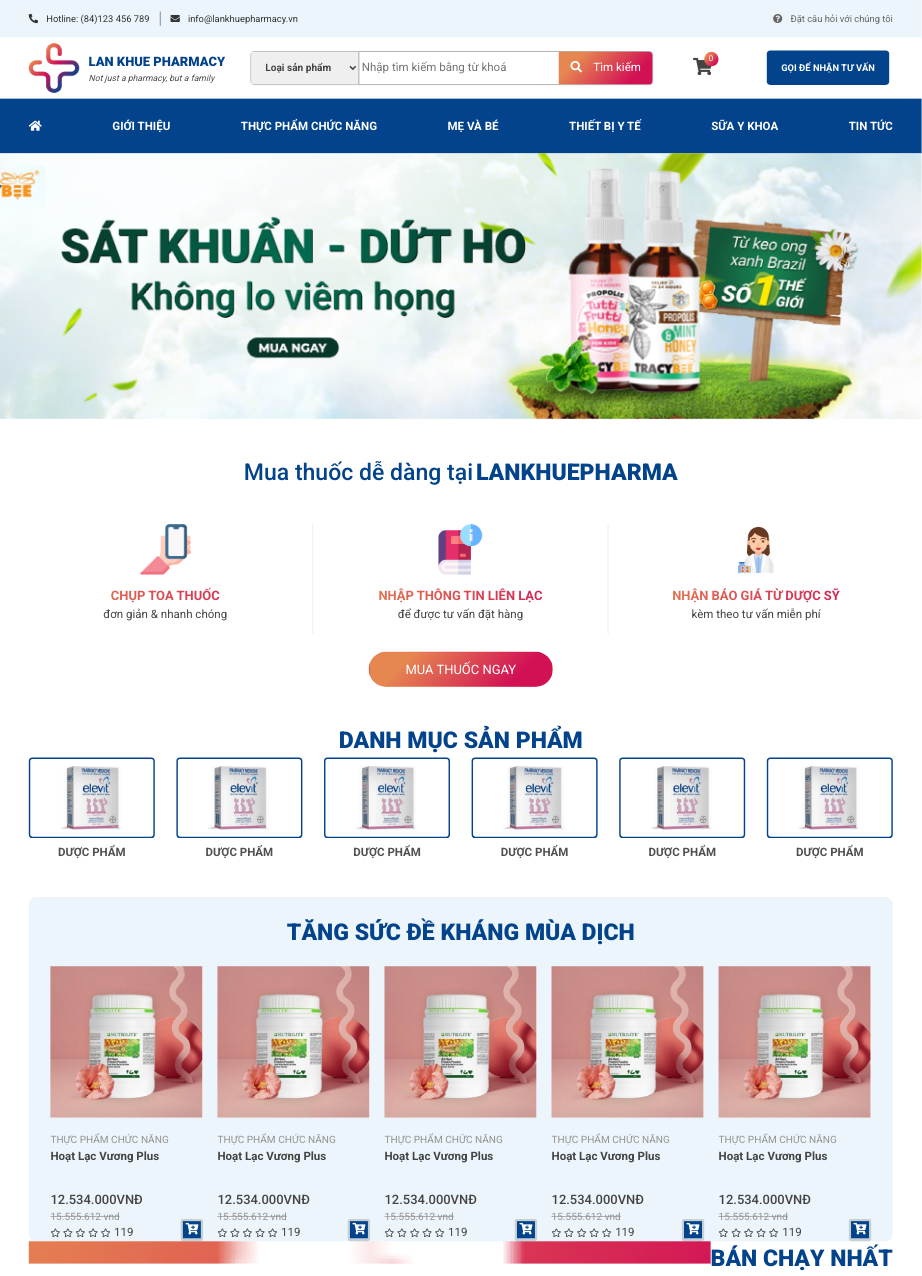
Repository: haianh12082001/Lan-khue
Page: index.html
These files come from the project's save history. The page is drawn as it stood at one moment and after the next save; the edit follows.
The browser window is 1280 px wide. The pictures show the whole page, at 72% of full size.
Some web libraries are served in a nearby version. The style sheet was rebuilt from its Sass, Less or Tailwind sources for each picture, by a compiler version that may differ from the author's.

Above is the page before, as saved 2021-12-18 16:34:01.

### index.html
<!DOCTYPE html>
<html lang="en">
    <head>
        <meta charset="UTF-8" />
        <meta http-equiv="X-UA-Compatible" content="IE=edge" />
        <meta name="viewport" content="width=device-width, initial-scale=1.0" />
        <title>Document</title>
        <link href="https://fonts.googleapis.com/css2?family=Roboto:wght@400;500;700;900&display=swap" rel="stylesheet" />
        <link rel="stylesheet" href="./assets/fonts/fontawesome-free-5.15.3/css/all.min.css" />
        <link
            rel="stylesheet"
            href="https://cdn.jsdelivr.net/npm/bootstrap@4.6.0/dist/css/bootstrap.min.css"
            integrity="sha384-B0vP5xmATw1+K9KRQjQERJvTumQW0nPEzvF6L/Z6nronJ3oUOFUFpCjEUQouq2+l"
            crossorigin="anonymous"
        />
        <link rel="stylesheet" type="text/css" href="https://cdn.jsdelivr.net/npm/slick-carousel@1.8.1/slick/slick.css" />
        <link rel="stylesheet" href="./assets/css/app.css" />
    </head>
    <body>
        <div class="top-header">
            <div class="container">
                <div class="py-3 d-flex justify-content-between align-items-center">
                    <div class="info d-flex">
                        <div class="top-header-hotline">
                            <i class="fas fa-phone-alt"></i>
                            Hotline: (84)123 456 789
                        </div>
                        <div class="top-header-email">
                            <i class="fas fa-envelope"></i>
                            info@lankhuepharmacy.vn
                        </div>
                    </div>
                    <div class="question">
                        <a href="">
                            <i class="fas fa-question-circle"></i>
                            Đặt câu hỏi với chúng tôi
                        </a>
                    </div>
                </div>
            </div>
        </div>
        <header class="header">
            <div class="header-searchbar py-2">
                <div class="container">
                    <div class="row align-items-center">
                        <div class="col-lg-3 col-3">
                            <div class="header-logo">
                                <a href="" class="d-flex flex-shrink-0">
                                    <img src="./assets/img/logo.png" alt="" />
                                    <div class="body">
                                        <div class="name">LAN KHUE PHARMACY</div>
                                        <div class="slogan">Not just a pharmacy, but a family</div>
                                    </div>
                                </a>
                            </div>
                        </div>
                        <div class="col-lg-6 col-3">
                            <div class="input-group">
                                <form action="" class="header-search">
                                    <select name="CatId" id="catalog">
                                        <option value="">Loại sản phẩm</option>
                                        <option value="">Danh mục thuốc</option>
                                        <option value="">Thực Phẩm Chức Năng</option>
                                        <option value="">Mẹ Và Bé</option>
                                        <option value="">Thiết Bị Y Tế</option>
                                        <option value="">Sữa y khoa</option>
                                        <option value="">Các sản phẩm khác</option>
                                    </select>
                                    <input type="text" placeholder="Nhập tìm kiếm bằng từ khoá" />

                                    <button type="submit">
                                        <i class="fas fa-search"></i>
                                        Tìm kiếm
                                    </button>
                                </form>
                            </div>
                        </div>
                        <div class="col-lg-1 col-3 d-flex align-items-center">
                            <div class="header-cart position-relative">
                                <i class="fas fa-shopping-cart"></i>
                                <span id="itemshop">0</span>
                            </div>
                        </div>
                        <div class="col-lg-2 col-3 d-none d-lg-block">
                            <a href="" class="header-btn"> Gọi để nhận tư vấn </a>
                        </div>
                    </div>
                </div>
            </div>
            <div class="header-menu">
                <div class="container">
                    <ul class="menu-list">
                        <li class="menu-item">
                            <a href=""><i class="fas fa-home"></i></a>
                        </li>
                        <li class="menu-item">
                            <a href="">Giới thiệu</a>
                        </li>
                        <li class="menu-item">
                            <a href="">Thực phẩm chức năng</a>
                        </li>
                        <li class="menu-item">
                            <a href="">Mẹ và bé</a>
                        </li>
                        <li class="menu-item">
                            <a href="">Thiết bị y tế</a>
                        </li>
                        <li class="menu-item">
                            <a href="">Sữa y khoa</a>
                        </li>
                        <li class="menu-item">
                            <a href="">Tin tức</a>
                        </li>
                    </ul>
                </div>
            </div>
        </header>
        <section class="banner">
            <img src="./assets/img/banner.jpg" alt="" />
        </section>
        <!-- Mua thuốc dễ dàng tại lankhuepharma -->
        <section class="section-buy-medicine">
            <div class="container">
                <div class="text-center">
                    <span class="title-sub">Mua thuốc dễ dàng tại</span>
                    <span class="section-title">lankhuepharma</span>
                </div>
                <div class="row pt-lg-5">
                    <div class="col-lg-4 item">
                        <div class="text-center">
                            <img src="./assets/img/buy-medicine/selfie 1.png" alt="" />
                            <div class="body p-3">
                                <div class="name">Chụp toa thuốc</div>
                                <div class="des">đơn giản & nhanh chóng</div>
                            </div>
                        </div>
                    </div>
                    <div class="col-lg-4 item">
                        <div class="text-center">
                            <img src="./assets/img/buy-medicine/Group 375.png" alt="" />
                            <div class="body p-3">
                                <div class="name">nhập thông tin liên lạc</div>
                                <div class="des">để được tư vấn đặt hàng</div>
                            </div>
                        </div>
                    </div>
                    <div class="col-lg-4 item">
                        <div class="text-center">
                            <img src="./assets/img/buy-medicine/pharmacist 1.png" alt="" />
                            <div class="body p-3">
                                <div class="name">nhận báo giá từ dược sỹ</div>
                                <div class="des">kèm theo tư vấn miễn phí</div>
                            </div>
                        </div>
                    </div>
                </div>
                <div class="text-center pt-lg-4">
                    <a href="" class="btn">Mua thuốc ngay</a>
                </div>
            </div>
        </section>
        <!-- Danh mục sản phẩm -->
        <section class="product-category">
            <div class="container">
                <div class="section-title text-center">danh mục sản phẩm</div>
                <div class="list">
                    <div class="item">
                        <div class="product-category-img">
                            <a href=""><img src="./assets/img/product-category/elevit-196915 1.jpg" alt="" /></a>
                        </div>
                        <a href="" class="name">Dược phẩm</a>
                    </div>
                    <div class="item">
                        <div class="product-category-img">
                            <a href=""><img src="./assets/img/product-category/elevit-196915 1.jpg" alt="" /></a>
                        </div>
                        <a href="" class="name">Dược phẩm</a>
                    </div>
                    <div class="item">
                        <div class="product-category-img">
                            <a href=""><img src="./assets/img/product-category/elevit-196915 1.jpg" alt="" /></a>
                        </div>
                        <a href="" class="name">Dược phẩm</a>
                    </div>
                    <div class="item">
                        <div class="product-category-img">
                            <a href=""><img src="./assets/img/product-category/elevit-196915 1.jpg" alt="" /></a>
                        </div>
                        <a href="" class="name">Dược phẩm</a>
                    </div>
                    <div class="item">
                        <div class="product-category-img">
                            <a href=""><img src="./assets/img/product-category/elevit-196915 1.jpg" alt="" /></a>
                        </div>
                        <a href="" class="name">Dược phẩm</a>
                    </div>
                    <div class="item">
                        <div class="product-category-img">
                            <a href=""><img src="./assets/img/product-category/elevit-196915 1.jpg" alt="" /></a>
                        </div>
                        <a href="" class="name">Dược phẩm</a>
                    </div>
                </div>
            </div>
        </section>
        <!-- Tăng sức đề kháng mùa dịch -->
        <div class="container">
            <div class="bg-light-blue">
                <div class="section-title text-center py-4">Tăng sức đề kháng mùa dịch</div>
                <div class="row row-cols-lg-5 gutters-10">
                    <div class="col-lg col-6">
                        <div class="product-item">
                            <div class="product-img">
                                <a href="">
                                    <img src="./assets/img/product/Rectangle 305.jpg" alt="" />
                                </a>
                            </div>
                            <div class="product-info">
                                <div class="category">thực phẩm chức năng</div>
                                <div class="name"><a href="">Hoạt Lạc Vương Plus</a></div>
                                <div class="price">
                                    <div class="new-price">12.534.000VNĐ</div>
                                    <div class="old-price">15.555.612 vnd</div>
                                </div>
                                <div class="out-stock">
                                    hết hàng
                                    <a href="">Liên hệ</a>
                                </div>
                                <div class="evaluate-product">
                                    <div class="icon">
                                        <i class="far fa-star"></i>
                                        <i class="far fa-star"></i>
                                        <i class="far fa-star"></i>
                                        <i class="far fa-star"></i>
                                        <i class="far fa-star"></i>
                                    </div>
                                    <div class="number">119</div>
                                </div>
                                <div class="add-cart">
                                    <a href="">
                                        <i class="fas fa-cart-plus"></i>
                                    </a>
                                </div>
                            </div>
                        </div>
                    </div>
                </div>
            </div>
        </div>
        <section class="bestseller">
            <div class="container">
                <div class="d-flex">
                    <img src="./assets/img/Vector (6).png" alt="" class="section-title-img" />
                    <div class="section-title">Bán chạy nhất</div>
                </div>
            </div>
        </section>
        <script type="text/javascript" src="https://code.jquery.com/jquery-1.11.0.min.js"></script>
        <script type="text/javascript" src="https://code.jquery.com/jquery-migrate-1.2.1.min.js"></script>
        <script
            src="https://cdnjs.cloudflare.com/ajax/libs/bootstrap/4.6.0/js/bootstrap.min.js"
            integrity="sha512-XKa9Hemdy1Ui3KSGgJdgMyYlUg1gM+QhL6cnlyTe2qzMCYm4nAZ1PsVerQzTTXzonUR+dmswHqgJPuwCq1MaAg=="
            crossorigin="anonymous"
            referrerpolicy="no-referrer"
        ></script>
        <script type="text/javascript" src="https://cdn.jsdelivr.net/npm/slick-carousel@1.8.1/slick/slick.min.js"></script>
        <script src="./assets/js/main.js"></script>
        <script src="./assets/js/clone.js"></script>
    </body>
</html>

### assets/js/main.js
$(document).ready(function () {
    $('.product-category .list').slick({
        slidesToShow: 6,
        slidesToScroll: 1,
        infinite: true,
        arrows: false,
        speed: 2000,
        autoplaySpeed: 3000,

    });
})

### assets/js/clone.js
$(function () {
    ///Product
    var productList1 = $('.bg-light-blue .gutters-10');
    var productItem1 = $('.bg-light-blue .col-lg');
    for (i = 0; i < 4; i++) {
        productItem1.clone().appendTo(productList1);
    }

})

### assets/sass/app.scss
@import "variables";
@import "mixin";
@import "reset";
@import "global";
@import "header";
@import "body";

### assets/sass/_variables.scss
$black: #444444;
$grey: #656565;
$blue: #02438b;
$white: #ffffff;
$soft-grey: #959391;
$background-gradient: linear-gradient(134.52deg, #e68651 21.07%, #d21155 79.08%);

### assets/sass/_mixin.scss
@mixin maxWidth($q) {
    @media screen and (max-width: $q) {
        @content;
    }
}
@mixin minWidth($q) {
    @media screen and (min-width: $q) {
        @content;
    }
}

@mixin text-gradient {
    color: transparent;
    background-clip: text;
    -webkit-background-clip: text;
    background-image: linear-gradient(to right, #e68651, #d21155);
}
@mixin text-truncate($q) {
    display: -webkit-box;
    -webkit-line-clamp: $q;
    -webkit-box-orient: vertical;
    overflow: hidden;
    text-overflow: ellipsis;
    word-break: break-word;
}

### assets/sass/_reset.scss
html {
    box-sizing: border-box;
    scroll-behavior: smooth;
}
* {
    margin: 0;
    padding: 0;
}
*,
*:before,
*:after {
    box-sizing: border-box;
}
input,
textarea,
select,
button {
    outline: none;
}
input {
    line-height: normal;
    outline: none;
    box-shadow: none;
}
input:focus {
    outline: 0;
    border: none;
    box-shadow: none;
}
ul,
li {
    margin: 0;
    padding: 0;
    list-style: none;
}
label,
button {
    cursor: pointer;
}
a {
    text-decoration: none;

    &:hover {
        text-decoration: none;
    }
}
img {
    max-width: 100%;
    object-fit: cover;
}
.gutters-5 > [class*="col-"] {
    padding-right: 5px;
    padding-left: 5px;
}

### assets/sass/_global.scss
.container {
    max-width: 1230px;
    margin: 0 auto;
    padding: 0 15px;
}
body {
    margin: 0;
    padding: 0;
    width: 100%;
    font-size: 16px;
    color: $black;
    font-family: "Roboto", sans-serif;
    @include maxWidth(768px) {
        font-size: 14px;
    }
}
.section-title {
    font-size: 32px;
    text-transform: uppercase;
    color: $blue;
    font-weight: 900;
}
.section-title-img {
    flex: 1;
    width: 31px;
    height: 31px;
}
.gutters-10 {
    margin-left: -10px;
    margin-right: -10px;
}
.gutters-10 [class^="col-"] {
    padding-left: 10px;
    padding-right: 10px;
}

### assets/sass/_header.scss
.top-header {
    background: #ebf5fb;
    font-size: 13px;
    color: $grey;
    .info {
        color: #333333;
    }
    .question a {
        color: $grey;
    }
    i {
        margin-right: 8px;
    }
}
.top-header-hotline {
    padding-right: 14px;
    border-right: 1px solid $grey;
}
.top-header-email {
    padding-left: 14px;
}
.header-logo {
    flex: 1;
    img {
        width: 70px;
        height: 69px;
        object-fit: contain;
    }
    .body {
        margin-left: 13px;
        display: flex;
        flex-direction: column;
        justify-content: center;
    }
    .name {
        font-weight: 900;
        color: $blue;
        font-size: 18px;
    }
    .slogan {
        font-size: 12px;
        color: #4a4a4a;
        font-style: italic;
    }
}
.header-search {
    background: #ffffff;
    border: 1px solid #949494;
    box-sizing: border-box;
    border-radius: 5px;
    #catalog {
        border: none;
        padding: 0 16px;
        height: 100%;
        width: 150px;
        font-size: 14px;
        color: #444444;
        font-weight: bold;
        border-right: 0.25px solid #949494;
        // width: 30%;
    }
    input {
        border: none;
        width: 270px;
        // max-width: 300px;
    }
    button {
        background: $background-gradient;
        border: none;
        height: 45px;
        padding: 0 16px;
        border-radius: 0px 5px 5px 0px;
        color: $white;
        i {
            margin-right: 12px;
        }
    }
}
.header-cart {
    i {
        font-size: 24px;
    }
    span {
        width: 20px;
        height: 20px;
        display: flex;
        align-items: center;
        justify-content: center;
        position: absolute;
        background: $background-gradient;
        border-radius: 100rem;
        top: -8px;
        right: -8px;
        font-size: 11px;
        color: $white;
    }
}
.header-btn {
    padding: 14px 20px;
    background: $blue;
    display: inline-block;
    border-radius: 5px;
    color: $white;
    font-weight: 700;
    text-transform: uppercase;
    font-size: 13px;
    &:hover {
        color: $white;
    }
}
.header-menu {
    background: $blue;
}
.menu-list {
    display: flex;
    justify-content: space-between;
    text-transform: uppercase;
    padding: 26px 0;
    font-weight: 700;
    a {
        color: $white;
    }
}

### assets/sass/_body.scss
.banner img {
    height: 369px;
    width: 100%;
    object-fit: cover;
}
.section-buy-medicine {
    padding: 50px 0;
    .title-sub {
        color: $blue;
        font-size: 32px;
        font-weight: 500;
    }
    .item {
        border-right: 1px solid #e1e7ed;
        &:last-child {
            border: none;
        }
    }
    .name {
        text-transform: uppercase;
        font-size: 18px;
        font-weight: bold;
        @include text-gradient;
    }
    img {
        max-height: 70px;
    }
    .btn {
        background: $background-gradient;
        text-transform: uppercase;
        color: $white;
        font-size: 18px;
        padding: 10px 50px;
        border-radius: 50px;
    }
}
.product-category {
    padding-bottom: 50px;
    .item {
        padding: 0 15px;
    }
    &-img {
        border: 2px solid $blue;
        border-radius: 5px;
        display: flex;
        justify-content: center;
        height: 112px;
        img {
            height: 100%;
            padding: 10px 0;
        }
    }
    .name {
        margin-top: 8px;
        text-align: center;
        text-transform: uppercase;
        color: #505050;
        display: block;
        font-weight: 700;
        @include text-truncate(2);
        &:hover {
            color: $blue;
        }
    }
    .slick-list {
        margin: 0 -15px;
    }
}
.bg-light-blue {
    background: #ebf5fb;
    border-radius: 10px;
    padding: 0 30px;
}
.product-img {
    img {
        width: 100%;
        height: 211px;
    }
}
.product-info {
    padding-top: 20px;
    position: relative;
    .category {
        text-transform: uppercase;
        color: $soft-grey;
        font-size: 14px;
    }
    .name {
        font-weight: 700;
        margin-bottom: 13px;
        height: 45px;
        @include text-truncate(2);
        a {
            color: $black;
        }
    }
    .new-price {
        font-weight: 500;
        font-size: 18px;
    }
    .old-price {
        font-size: 14px;
        text-decoration: line-through;
        color: $soft-grey;
    }
    .out-stock {
        display: none;
    }
    .add-cart {
        position: absolute;
        bottom: 0;
        right: 0;
        width: 31px;
        height: 31px;
        display: flex;
        text-align: center;
        justify-content: center;
        align-items: center;

        border-radius: 3px;
        border: 3px solid rgba($color: #3b3b3b, $alpha: 0.2);
        a {
            flex: 1;
            background: $blue;
            color: $white;
        }
    }
}

.evaluate-product {
    display: flex;
    i {
        font-size: 12px;
    }
    .number {
        margin-left: 5px;
    }
}

Loaded but not shown: assets/fonts/fontawesome-free-5.15.3/css/all.min.css (library)

After the next save:
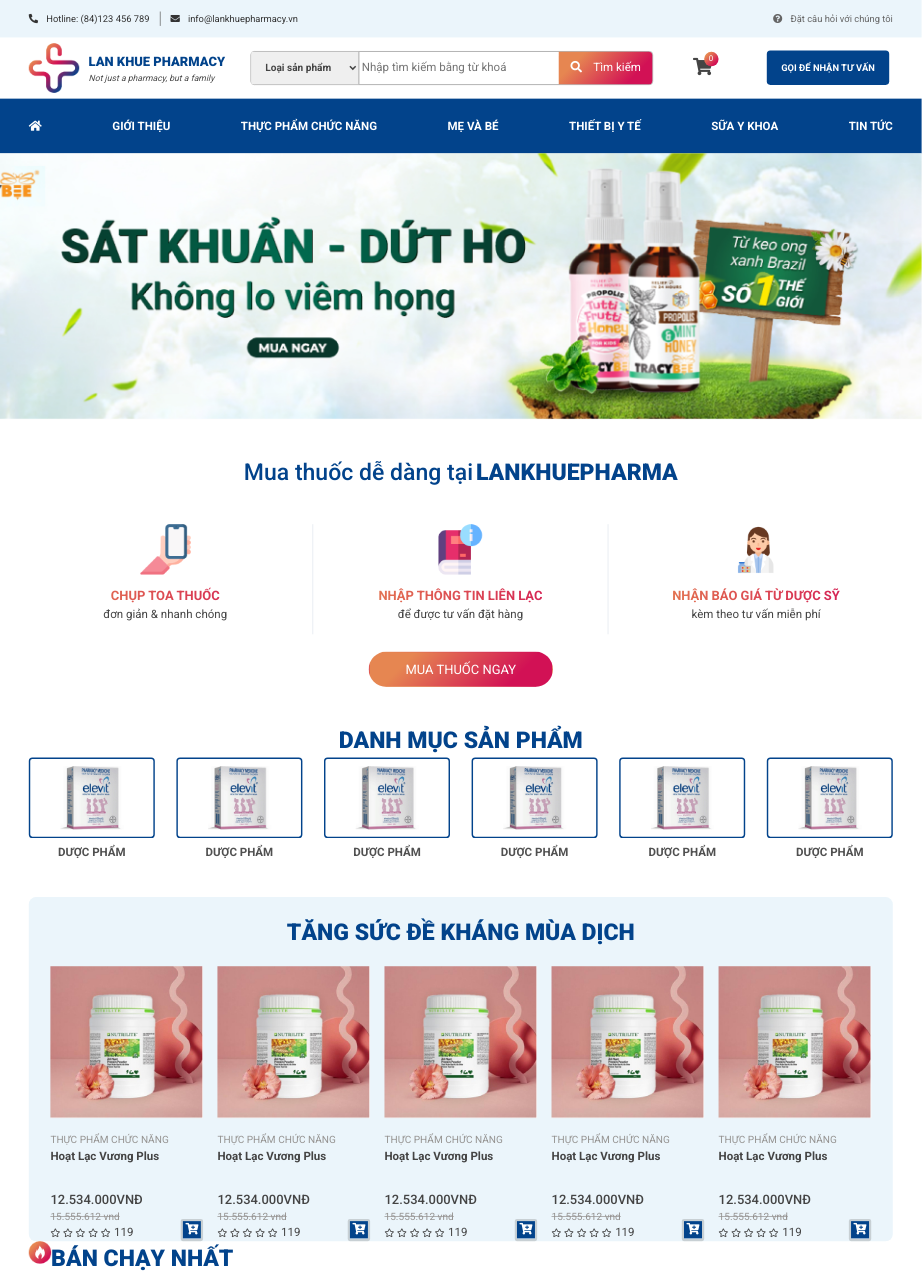
Saved 10 s later.
--- a/assets/sass/_global.scss
+++ b/assets/sass/_global.scss
@@ -21,7 +21,7 @@
     font-weight: 900;
 }
 .section-title-img {
-    flex: 1;
+    // flex: 1;
     width: 31px;
     height: 31px;
 }
